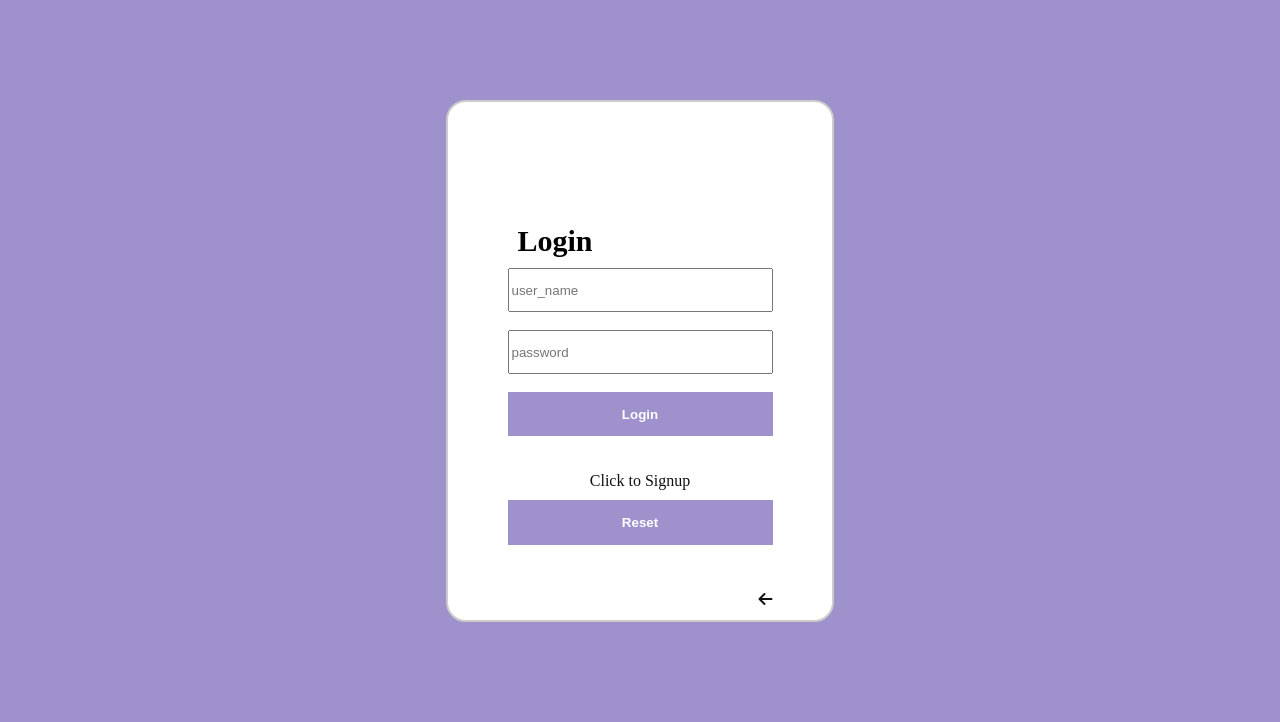
Repository: prathyushaa5/artgallery
Page: http://localhost/index/login.php
An editor plug-in stored every save of this project. The page is shown before and after the next save, followed by the edit.
The browser window is 1280 px wide. The pictures show the whole page.
The page is run by PHP 8.4 with error messages shown; the project is at /var/www/html/.

Above is the page before, as saved 2023-11-20 15:14:26.

### index/login.php
<?php
session_start();
include("connection.php");
include("functions.php");


if($_SERVER['REQUEST_METHOD']== "POST"){
 //something was posted

$user_name= $_POST['user_name'];
$password= $_POST['password'];
if(!empty($user_name)&& !empty($password)){
  //read from database;
  $user_id=random_num(10);
  $query="select * from users where user_name='$user_name' limit 1";
  $result=mysqli_query($con,$query);
  if($result){
    if($result && mysqli_num_rows($result)>0)
{
    $user_data=mysqli_fetch_assoc($result);
     if($user_data['password']==$password){
        $_SESSION['user_id']=$user_data['user_id'];
        header("Location: art.php");
        die;
     }
}
 }
 $_SESSION['error_message']="Incorrect username or password";
 header('Location: login.php');
 die;

}else{
 $_SESSION['error_message']="Incorrect username or password";
 header('Location: login.php');
 die;
}
}


?>

<!DOCTYPE html>
<html lang="en">
<head>
    <meta charset="UTF-8">
    <meta name="viewport" content="width=device-width, initial-scale=1.0">
    <title>Login</title>
</head>
<link rel="stylesheet" href="https://cdnjs.cloudflare.com/ajax/libs/font-awesome/6.4.2/css/all.min.css" integrity="sha512-z3gLpd7yknf1YoNbCzqRKc4qyor8gaKU1qmn+CShxbuBusANI9QpRohGBreCFkKxLhei6S9CQXFEbbKuqLg0DA==" crossorigin="anonymous" referrerpolicy="no-referrer" />
<style>
body{
    padding:0px;
    margin:0px;
    display:flex;
    justify-content:center;
    align-items:center;
    background-color:#9F91CC;
}
.login,.signup{
    margin:10px;
    font-size:30px;
    font-weight:bolder;
    text-align:left;


}
.box{
    width:30%;
    height:72vh;
    border:2px solid #ccc;
    margin:100px;
    display:flex;
    flex-direction:column;
    justify-content:center;
    align-items:center;
    border-radius:20px;
    background-color:#ffffff;
    text-align:center;
}
input{
  height:15%;
  width:100%;
  box-sizing:border-box;
}
a{
    text-decoration:none;
    color:#111111;
}
#button,#reset{
    color:#ffffff;
    background-color:#9F91CC;
    border:none;
    font-weight:bolder;
    display:block;
    width:100%;

}
#button:hover{
    opacity:0.5;
}
a:hover{
    color:green;
}
#reset{
    margin-top:10px;
}
#reset:hover{
    opacity:0.5;
}
#back{
    float:right;
}
</style>

<body>
    <div class="box">
    <form method="post">
        <div class="login">Login</div>
    <input type="text" name="user_name" id="user_name" placeholder="user_name" size="30"><br><br>
    <input type="password" name="password" id="password" placeholder="password"><br><br>
    <input type="submit" value="Login" id="button"><br><br>
    <div><a href="signup.php"> Click to Signup</a></div>
    <input type ="reset" id="reset">
    <?php
    $errorMessage = isset($_SESSION['error_message'])? $_SESSION['error_message'] : '';
    unset($_SESSION['error_message']);?>
    <div style="color:red; margin-top:10px;"><?php echo $errorMessage;?></div><br><br>
    <a href="../index/index.html" id="back"><i class="fa-solid fa-arrow-left"></i></a>
    </form>
    </div>
</body>
</html>

### index/connection.php
<?php

$dbhost="localhost";
$dbuser="root";
$dbpass="";
$dbname="artgallery";

if(!$con=mysqli_connect($dbhost,$dbuser,$dbpass,$dbname)){
  die("failed connection");
}

### index/functions.php
<?php


function check_login($con){

  if(isset($_SESSION['user_id'])){

    $id=$_SESSION['user_id'];
    $query="select * from users where user_id='$id' limit 1";
    $result=mysqli_query($con,$query);
    if($result&&mysqli_num_rows($result)>0){
       $user_data=mysqli_fetch_assoc($result);
       return $user_data;
    }
  }
  //redirect to login
  header("Location :login.php");
  die;
}

function random_num($length){
    $text="";
    if($length<5){
        $length=5;
    }
    $len=rand(4,$length);
    for($i=0;$i<$len;$i++){
        $text .=rand(0,9);

    }
    return $text;
}

After the next save:
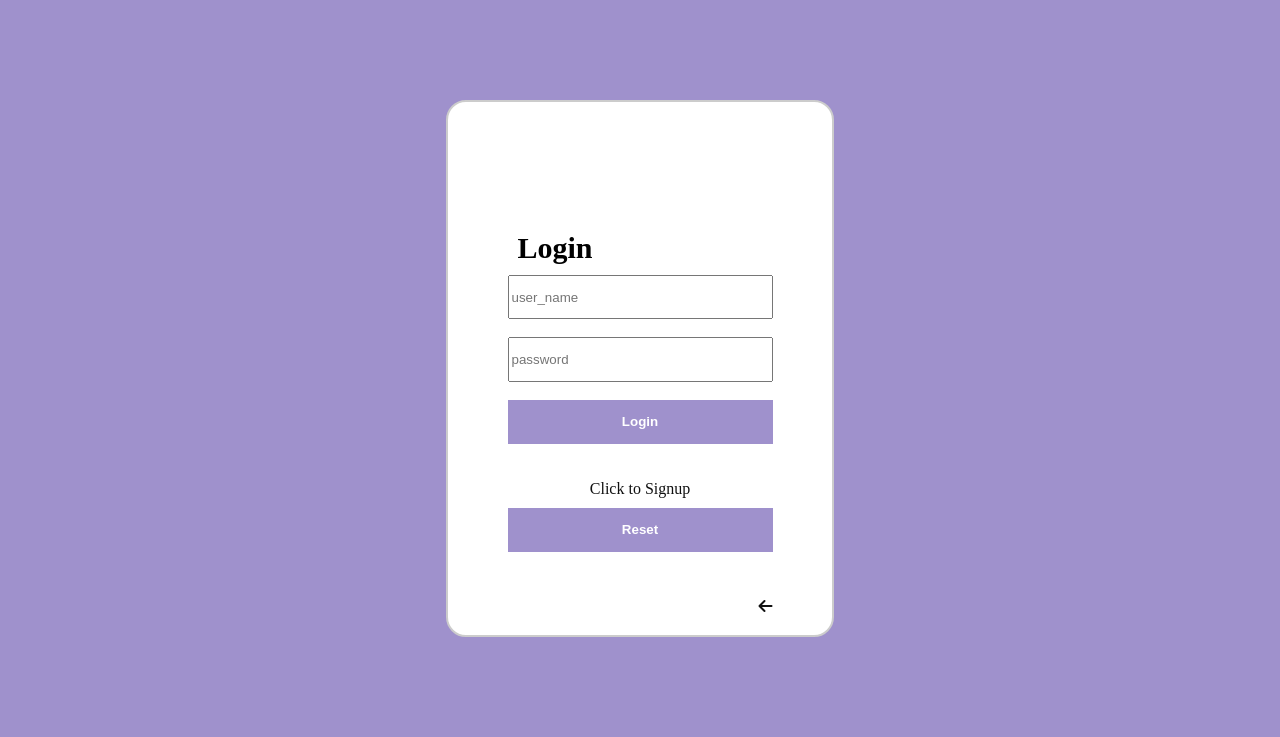
Saved 4 min 48 s later.
--- a/index/login.php
+++ b/index/login.php
@@ -66,7 +66,7 @@ body{
 }
 .box{
     width:30%;
-    height:72vh;
+    height:74vh;
     border:2px solid #ccc;
     margin:100px;
     display:flex;
